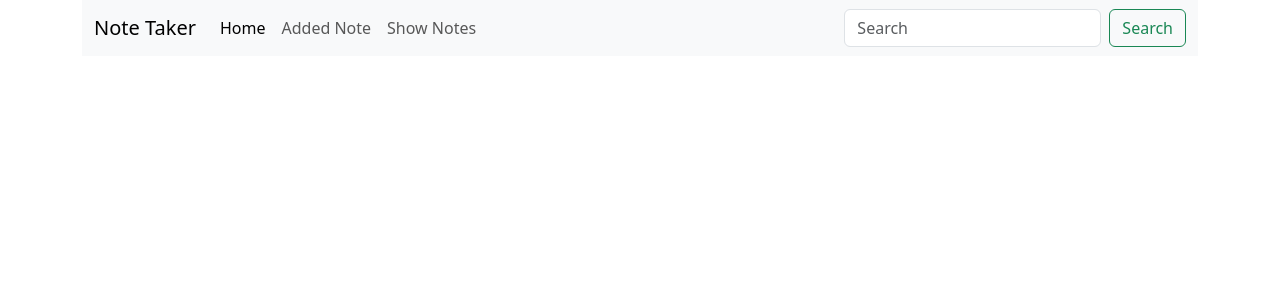
Repository: ArbabAdnan/hibernate
Page: http://localhost/NoteTaker/
An editor plug-in stored every save of this project. The page is shown before and after the next save, followed by the edit.
The browser window is 1280 px wide. The pictures show the whole page.
The page is served by Tomcat 9.

Above is the page before, as saved 2023-02-11 13:53:12.

After the next save:
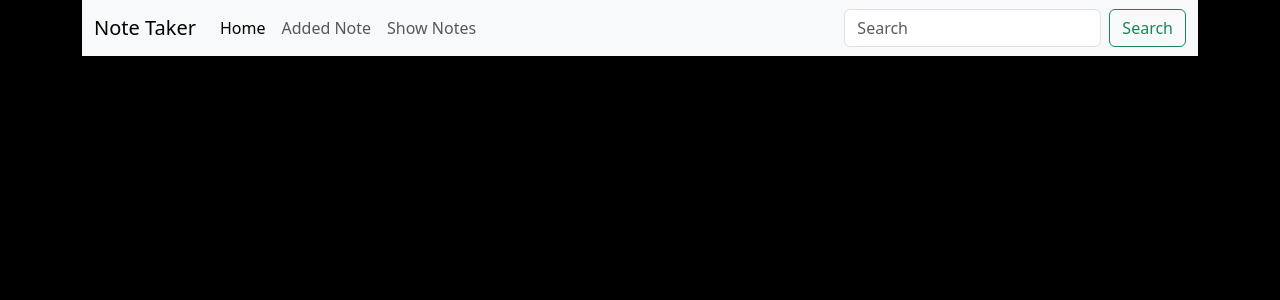
Saved 50 s later.
--- a/NoteTaker/src/main/webapp/index.jsp
+++ b/NoteTaker/src/main/webapp/index.jsp
@@ -6,6 +6,9 @@
     <title>NoteTaker</title>
     <link href ="css/style.css" rel="stylesheet" />
     <link href="https://cdn.jsdelivr.net/npm/bootstrap@5.3.0-alpha1/dist/css/bootstrap.min.css" rel="stylesheet" integrity="sha384-GLhlTQ8iRABdZLl6O3oVMWSktQOp6b7In1Zl3/Jr59b6EGGoI1aFkw7cmDA6j6gD" crossorigin="anonymous">
+      <link href ="css/style.css" rel="stylesheet" />
+
+
   </head>
   <body>
 
